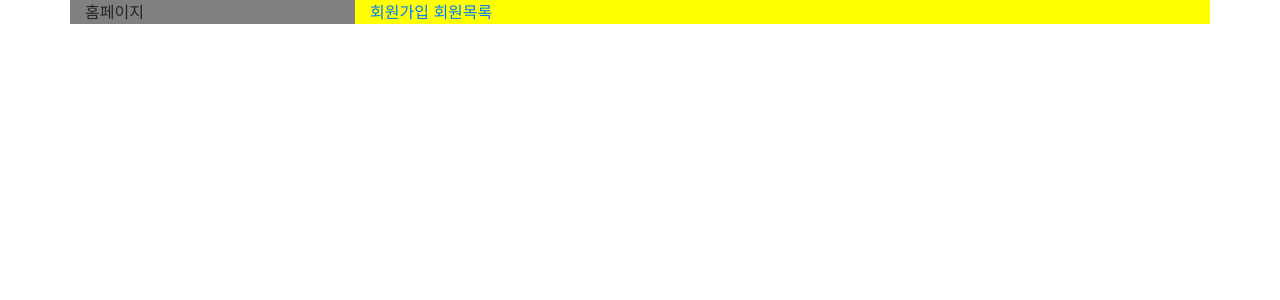
Repository: zero1128/20201113
Page: chap04/WebContent/index.html
The author's editor kept a copy of each file at every save. The page is drawn from the files as they stood at one save, then again after the next save.
The browser window is 1280 px wide. The pictures show the whole page.

Above is the page before, as saved 2020-11-06 00:44:55.

### chap04/WebContent/index.html
<!DOCTYPE html>
<html>
<head>
<meta charset="UTF-8">
<title>회원관리</title>
<link rel="stylesheet" href="https://maxcdn.bootstrapcdn.com/bootstrap/4.5.2/css/bootstrap.min.css">
<script src="https://ajax.googleapis.com/ajax/libs/jquery/3.5.1/jquery.min.js"></script>
<script src="https://cdnjs.cloudflare.com/ajax/libs/popper.js/1.16.0/umd/popper.min.js"></script>
<script src="https://maxcdn.bootstrapcdn.com/bootstrap/4.5.2/js/bootstrap.min.js"></script>
<style>
	.blue{
		background-color: blue;
	}
	.yellow{
		background-color: yellow;
	}
	.red{
		background-color: red;
	}
	.red{
		background-color: gray;
	}
</style>
</head>
<body>
	<div class="container blue">
		<div class="row yellow">
			<div class="col-md-3 red">
				홈페이지
			</div>
			<div class="col-md-9 ">
				<a href="join.html">회원가입</a>
				<a href="list.html">회원목록</a>
			</div>
		</div>
	</div>
</body>
</html>

After the next save:
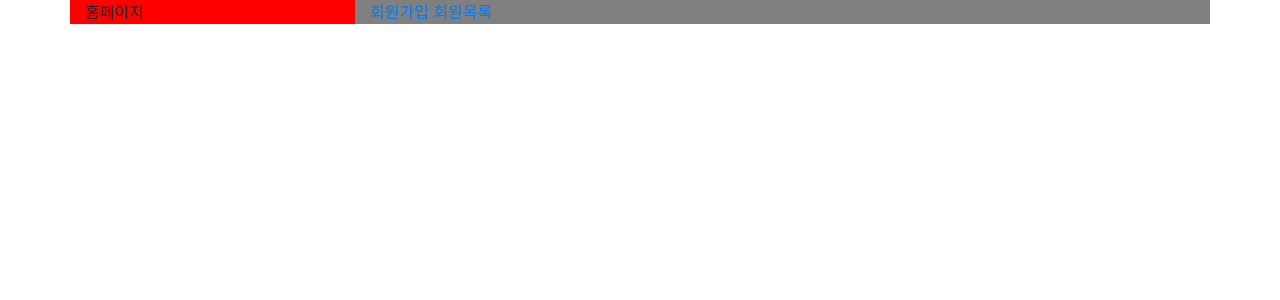
Saved 5 s later.
--- a/chap04/WebContent/index.html
+++ b/chap04/WebContent/index.html
@@ -17,7 +17,7 @@
 	.red{
 		background-color: red;
 	}
-	.red{
+	.gray{
 		background-color: gray;
 	}
 </style>
@@ -28,7 +28,7 @@
 			<div class="col-md-3 red">
 				홈페이지
 			</div>
-			<div class="col-md-9 ">
+			<div class="col-md-9 gray">
 				<a href="join.html">회원가입</a>
 				<a href="list.html">회원목록</a>
 			</div>
